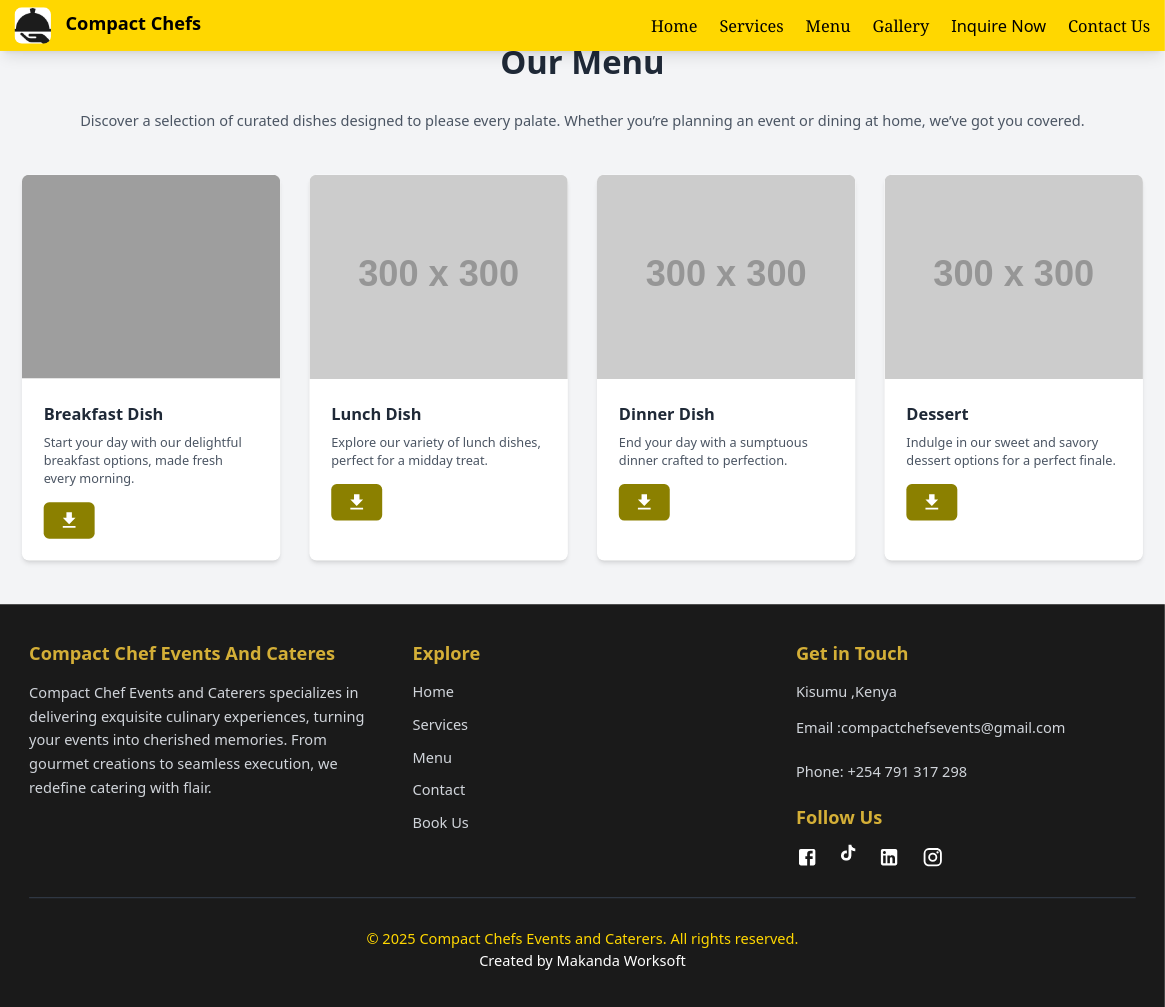
Repository: makanda596/compactchef
Page: /menu
An editor plug-in stored every save of this project. The page is shown before and after the next save, followed by the edit.
The browser window is 1280 px wide. The pictures show the whole page, at 91% of full size.
Pictures or frames that could not be fetched are drawn as grey boxes. The project was rebuilt for these pictures with package versions that can differ from the ones it lists, and the page was loaded fresh each time. Also part of the build but not shown: src/components/Hero.jsx, src/components/Client.jsx, src/components/Reviews.jsx, src/components/About.jsx, src/pages/Home.jsx, src/pages/Services.jsx, src/pages/Contact.jsx, src/pages/Book.jsx and 2 more.

Above is the page before, as saved 2025-01-22 09:21:00.

### public/index.html
<!DOCTYPE html>
<html lang="en">
  <head>
    <meta charset="utf-8" />
    <link rel="icon" href="./logo.jpg" />
    <meta name="viewport" content="width=device-width, initial-scale=1" />

    <link rel="apple-touch-icon" href="./logo.jpg" />


    <title>CompactChefs Events</title>
  </head>
  <body>
    <div id="root"></div>
  </body>
</html>

### src/App.js
// src/App.jsx
import React from 'react';
import { BrowserRouter as Router, Routes, Route } from 'react-router-dom';
import Home from './pages/Home.jsx';
import Services from './pages/Services.jsx';
import Menu from './pages/Menu.jsx';
import Contact from './pages/Contact.jsx';
import Book from './pages/Book.jsx';
import Gallery from './pages/Gallery.jsx'; // Import the Gallery page
import Navbar from './components/Navbar.jsx';
import Footer from './components/Footer.jsx';
import Routee from './pages/Routee.jsx';

function App() {
  return (
    <>
      <Navbar />
      <Router>
        <Routes>
          <Route path="/" element={<Home />} />
          <Route path="/services" element={<Services />} />
          <Route path="/menu" element={<Menu />} />
          <Route path="/contact" element={<Contact />} />
          <Route path="/book" element={<Book />} />
          <Route path="/gallery" element={<Gallery />} /> {/* Add the gallery route */}
          <Route path="" element={<Routee />} />
        </Routes>
      </Router>
      <Footer />
    </>
  );
}

export default App;

### src/pages/Menu.jsx
import React from 'react';
import DownloadIcon from '@mui/icons-material/Download';

function Menu() {
    const menuItems = [
        {
            title: "Breakfast Dish",
            image: "https://res.cloudinary.com/db5pgr14l/image/upload/v1736313944/ugenya_syoeky.jpg",
            description: "Start your day with our delightful breakfast options, made fresh every morning.",
            downloadLink: "https://res.cloudinary.com/db5pgr14l/raw/upload/v1736311737/ugenya_menu_eanlxs.docx",
            viewLink: "https://res.cloudinary.com/db5pgr14l/raw/upload/v1736311737/ugenya_menu_eanlxs.docx",
        },
        {
            title: "Lunch Dish",
            image: "https://via.placeholder.com/300",
            description: "Explore our variety of lunch dishes, perfect for a midday treat.",
            downloadLink: "https://res.cloudinary.com/db5pgr14l/raw/upload/v1736311737/ugenya_menu_eanlxs.docx",
        },
        {
            title: "Dinner Dish",
            image: "https://via.placeholder.com/300",
            description: "End your day with a sumptuous dinner crafted to perfection.",
            downloadLink: "https://res.cloudinary.com/db5pgr14l/raw/upload/v1736311737/ugenya_menu_eanlxs.docx",
        },
        {
            title: "Dessert",
            image: "https://via.placeholder.com/300",
            description: "Indulge in our sweet and savory dessert options for a perfect finale.",
            downloadLink: "https://res.cloudinary.com/db5pgr14l/raw/upload/v1736311737/ugenya_menu_eanlxs.docx",
        },
    ];

    return (
        <div className="bg-gray-100 py-12">
            <div className="max-w-7xl mx-auto px-6">
                <h2 className="text-4xl font-extrabold text-center text-gray-800 mb-8">Our Menu</h2>
                <p className="text-center text-gray-600 mb-12">
                    Discover a selection of curated dishes designed to please every palate.
                    Whether you’re planning an event or dining at home, we’ve got you covered.
                </p>
                <div className="grid grid-cols-1 sm:grid-cols-2 lg:grid-cols-4 gap-8">
                    {menuItems.map((item, index) => (
                        <div
                            key={index}
                            className="bg-white rounded-lg shadow-md overflow-hidden transform transition-all duration-300 hover:scale-105 hover:shadow-lg"
                        >
                            <div className="relative">
                                <img
                                    src={item.image}
                                    alt={item.title}
                                    className="w-full h-56 object-cover"
                                />
                                <div className="absolute inset-0 bg-gradient-to-t from-black via-transparent to-transparent opacity-0 hover:opacity-100 transition-opacity duration-300 flex items-end justify-center text-white">
                                    <h3 className="text-lg font-semibold mb-4">{item.title}</h3>
                                </div>
                            </div>
                            <div className="p-6">
                                <h3 className="text-lg font-bold text-gray-800 mb-2">{item.title}</h3>
                                <p className="text-sm text-gray-600 mb-4">{item.description}</p>
                                <div className="flex justify-between">

                                    <a
                                        href={item.downloadLink}
                                        download
                                        className="bg-[#8b8000] text-white py-2 px-4 rounded-md text-sm hover:bg-[#a08d00] transition"
                                    >
                                        <DownloadIcon />
                                    </a>
                                </div>
                            </div>
                        </div>
                    ))}
                </div>
            </div>
        </div >
    );
}

export default Menu;

### src/components/Navbar.jsx
import React, { useState } from "react";
import logo from '../assets/logo.jpg'
const Navbar = () => {
    const [isOpen, setIsOpen] = useState(false);

    return (
        <nav className="bg-gold shadow-lg fixed top-0 z-50 w-full">
            <div className="container mx-auto px-4 flex justify-between items-center h-12 md:h-14">

                <div className="text-black font-bold text-xl flex space-x-4">
                    <img src={logo} alt="" className="w-10 rounded-lg object-cover" />
                    <p className="py-1">Compact Chefs</p></div>

                <div className="lg:hidden">
                    <button
                        onClick={() => setIsOpen(!isOpen)}
                        className="text-black focus:outline-none"
                    >
                        <svg
                            className="w-6 h-6"
                            xmlns="http://www.w3.org/2000/svg"
                            fill="none"
                            viewBox="0 0 24 24"
                            stroke="currentColor"
                        >
                            {isOpen ? (
                                <path
                                    strokeLinecap="round"
                                    strokeLinejoin="round"
                                    strokeWidth="2"
                                    d="M6 18L18 6M6 6l12 12"
                                />
                            ) : (
                                <path
                                    strokeLinecap="round"
                                    strokeLinejoin="round"
                                    strokeWidth="2"
                                    d="M4 6h16M4 12h16M4 18h16"
                                />
                            )}
                        </svg>
                    </button>
                </div>

                {/* Links for Desktop */}
                <div className="hidden lg:flex   space-x-6 text-lg ">
                    <a href="/" className=" text-black font-serif hover:text-white">
                        Home
                    </a>
                    <a href="services" className="text-black font-serif hover:text-white">
                        Services
                    </a>
                    <a href="menu" className="text-black font-serif hover:text-white">
                        Menu
                    </a>

                    <a href="gallery" className="text-black font-serif hover:text-white">
                        Gallery
                    </a>
                    <a href="book" className="text-black font-serife hover:text-white" target="_blank" >
                        Inquire Now
                    </a>
                    <a href="contact" className="text-black font-serif hover:text-white">
                        Contact Us
                    </a>

                </div>
            </div>

            {/* Mobile Menu */}
            {
                isOpen && (
                    <div className="lg:hidden bg-black">
                        <a
                            href="/"
                            className="block py-2 px-4 text-white hover:bg-gold"
                        >
                            Home
                        </a>
                        <a
                            href="services"
                            className="block py-2 px-4 text-white hover:bg-gold"
                        >
                            Services
                        </a>
                        <a
                            href="menu"
                            className="block py-2 px-4 text-white hover:bg-gold"
                        >
                            Menu
                        </a>
                        <a href="gallery" className="block py-2 px-4 text-white hover:bg-gold">
                            Gallery
                        </a>
                        <a
                            href="book" target="_blank"
                            className="block py-2 px-4 text-white hover:bg-gold"
                        >
                            Inquire Now
                        </a>
                        <a
                            href="contact"
                            className="block py-2 px-4 text-white hover:bg-gold"
                        >
                            Contact
                        </a>

                    </div>
                )
            }
        </nav >
    );
};

export default Navbar;

### src/components/Footer.jsx
import React from 'react';
import FacebookIcon from '@mui/icons-material/Facebook';
import { FaTiktok } from "react-icons/fa";
import LinkedInIcon from '@mui/icons-material/LinkedIn';
import InstagramIcon from '@mui/icons-material/Instagram';
const Footer = () => {
    return (
        <footer className="bg-[#1a1a1a] text-white py-10">
            <div className="max-w-7xl mx-auto px-6 sm:px-8">
                <div className="grid grid-cols-1 md:grid-cols-3 gap-12">
                    <div>
                        <h3 className="text-xl font-bold text-[#d4af37] mb-4">Compact Chef Events And Cateres</h3>
                        <p className="text-md text-gray-300 leading-relaxed">
                            Compact Chef Events and Caterers specializes in delivering exquisite culinary experiences, turning your events into cherished memories. From gourmet creations to seamless execution, we redefine catering with flair.
                        </p>
                    </div>

                    <div>
                        <h3 className="text-xl font-bold text-[#d4af37] mb-4">Explore</h3>
                        <ul className="text-md text-gray-300 space-y-3">
                            <li>
                                <a href="/src" className="hover:text-[#d4af37] transition-colors">Home</a>
                            </li>
                            <li>
                                <a href="/services" className="hover:text-[#d4af37] transition-colors">Services</a>
                            </li>
                            <li>
                                <a href="/menu" className="hover:text-[#d4af37] transition-colors">Menu</a>
                            </li>
                            <li>
                                <a href="/contact" className="hover:text-[#d4af37] transition-colors">Contact</a>
                            </li>
                            <li>
                                <a href="/book" className="hover:text-[#d4af37] transition-colors">Book Us</a>
                            </li>
                        </ul>
                    </div>

                    <div>
                        <h3 className="text-xl font-bold text-[#d4af37] mb-4">Get in Touch</h3>
                        <ul className="text-md text-gray-300 space-y-4 flex-row">
                            <li>Kisumu ,Kenya</li>
                            <li>  <a href="mailto:compactchefsevents@gmail.com" target="_blank"
                                rel="noopener noreferrer" className='py-1 hover:text-gold'>Email :compactchefsevents@gmail.com</a> </li> <br />
                            <a href="tel:+254791317298" target="_blank"
                                rel="noopener noreferrer" className='py-1 hover:text-gold'>Phone: +254 791 317 298</a>
                        </ul>
                        <div className="pt-2 md:pt-6">
                            <h2 className="text-xl font-bold mb-4 text-[#d4af37]">Follow Us</h2>
                            <div className="flex space-x-6 justify-start">
                                <a
                                    href="https://www.facebook.com/profile.php?id=100088582093332e"
                                    target="_blank"
                                    rel="noopener noreferrer"
                                    className="hover:text-blue-400 transition-colors"
                                >
                                    <FacebookIcon fontSize="medium" />
                                </a>
                                <a
                                    href="https://www.tiktok.com/@emojongvictor?is_from_webapp=1&sender_device=pc"
                                    target="_blank"
                                    rel="noopener noreferrer"
                                    className="hover:text-blue-400 transition-color"
                                >
                                    <FaTiktok fontSize="large" />
                                </a>
                                <a
                                    href=""
                                    className="hover:text-blue-400 transition-colors"
                                >
                                    <LinkedInIcon fontSize="medium" />
                                </a>
                                <a
                                    href="https://www.instagram.com/yourhandle"
                                    target="_blank"
                                    rel="noopener noreferrer"
                                    className="hover:text-blue-400 transition-colors"
                                >
                                    <InstagramIcon fontSize="medium" />
                                </a>
                            </div>



                        </div>
                    </div>
                </div>


                <div className="border-t border-gray-700 my-8"></div>

                <div className="text-center space-y-2 text-md">

                    <p className=" text-gold">
                        &copy; {new Date().getFullYear()} Compact Chefs Events and Caterers. All rights reserved.
                    </p>
                    Created by <a href="https://wa.me/+254742149060" target="_blank" rel="noopener noreferrer" className='hover:text-blue-500'> Makanda Worksoft</a>

                </div>
            </div>
        </footer >
    );
};

export default Footer;

### tailwind.config.js
/** @type {import('tailwindcss').Config} */
module.exports = {
  content: [
    "./src/**/*.{js,jsx,ts,tsx}",
  ],
  theme: {
    extend: {
      animation: {
        'slide': 'slide 10s linear infinite',
      },
      colors: {
        gold: '#FFD700', // Gold color
      },
      keyframes: {
        slide: {
          '0%': { transform: 'translateX(100%)' },
          '100%': { transform: 'translateX(-100%)' },
        },
      },
    },
  },
  plugins: [],


}

Loaded but not shown: src/index.js (common file); src/index.css (common file); src/reportWebVitals.js (common file)

After the next save:
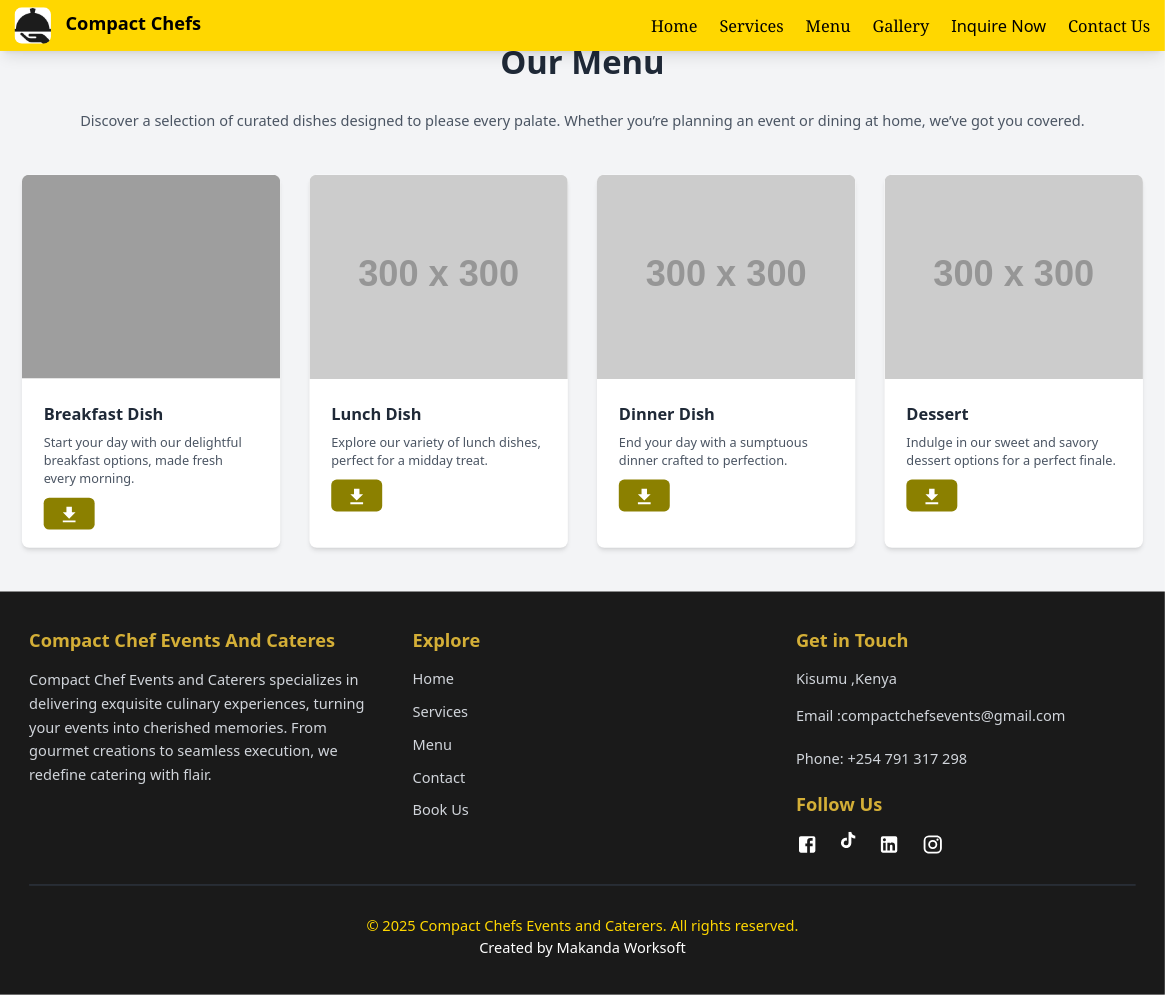
Saved 19 s later.
--- a/src/pages/Menu.jsx
+++ b/src/pages/Menu.jsx
@@ -57,16 +57,13 @@ function Menu() {
                             <div className="p-6">
                                 <h3 className="text-lg font-bold text-gray-800 mb-2">{item.title}</h3>
                                 <p className="text-sm text-gray-600 mb-4">{item.description}</p>
-                                <div className="flex justify-between">
-
-                                    <a
-                                        href={item.downloadLink}
-                                        download
-                                        className="bg-[#8b8000] text-white py-2 px-4 rounded-md text-sm hover:bg-[#a08d00] transition"
-                                    >
-                                        <DownloadIcon />
-                                    </a>
-                                </div>
+                                <a
+                                    href={item.downloadLink}
+                                    download
+                                    className="bg-[#8b8000] text-white py-2 px-4 rounded-md text-sm hover:bg-[#a08d00] transition"
+                                >
+                                    <DownloadIcon />
+                                </a>
                             </div>
                         </div>
                     ))}
